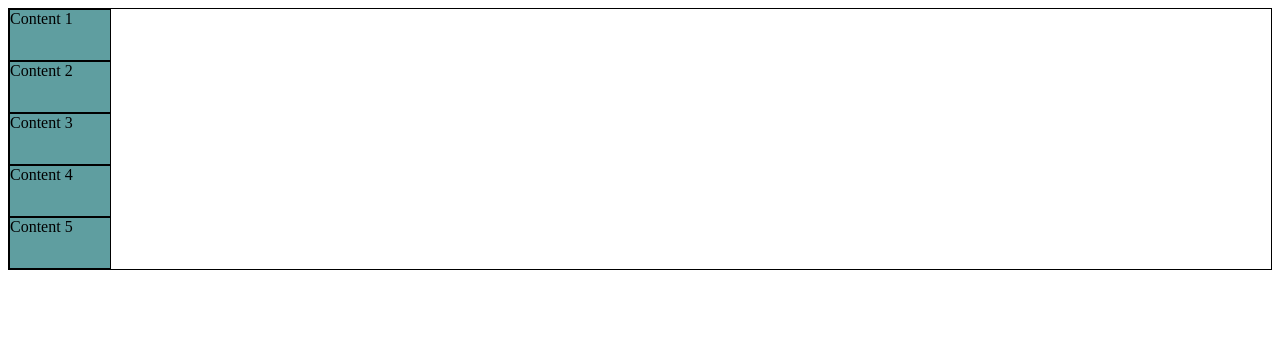
Repository: sammkrt/saltPrecourse
Page: css-trainingGround/cssMarginAndPadding.html
The author's editor kept a copy of each file at every save. The page is drawn from the files as they stood at one save, then again after the next save.
The browser window is 1280 px wide. The pictures show the whole page.

Above is the page before, as saved 2022-12-22 10:35:17.

After the next save:
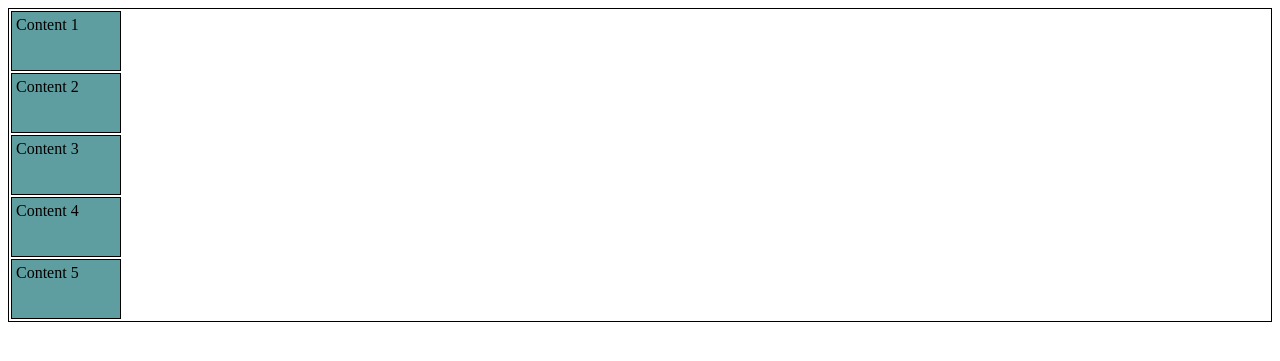
Saved 2 min 6 s later.
--- a/css-trainingGround/cssMarginAndPadding.html
+++ b/css-trainingGround/cssMarginAndPadding.html
@@ -12,6 +12,8 @@
             width: 100px;
             height: 50px;
             border: 1px solid black;
+            margin: 2px;
+            padding: 4px;
         }
 
     </style>
